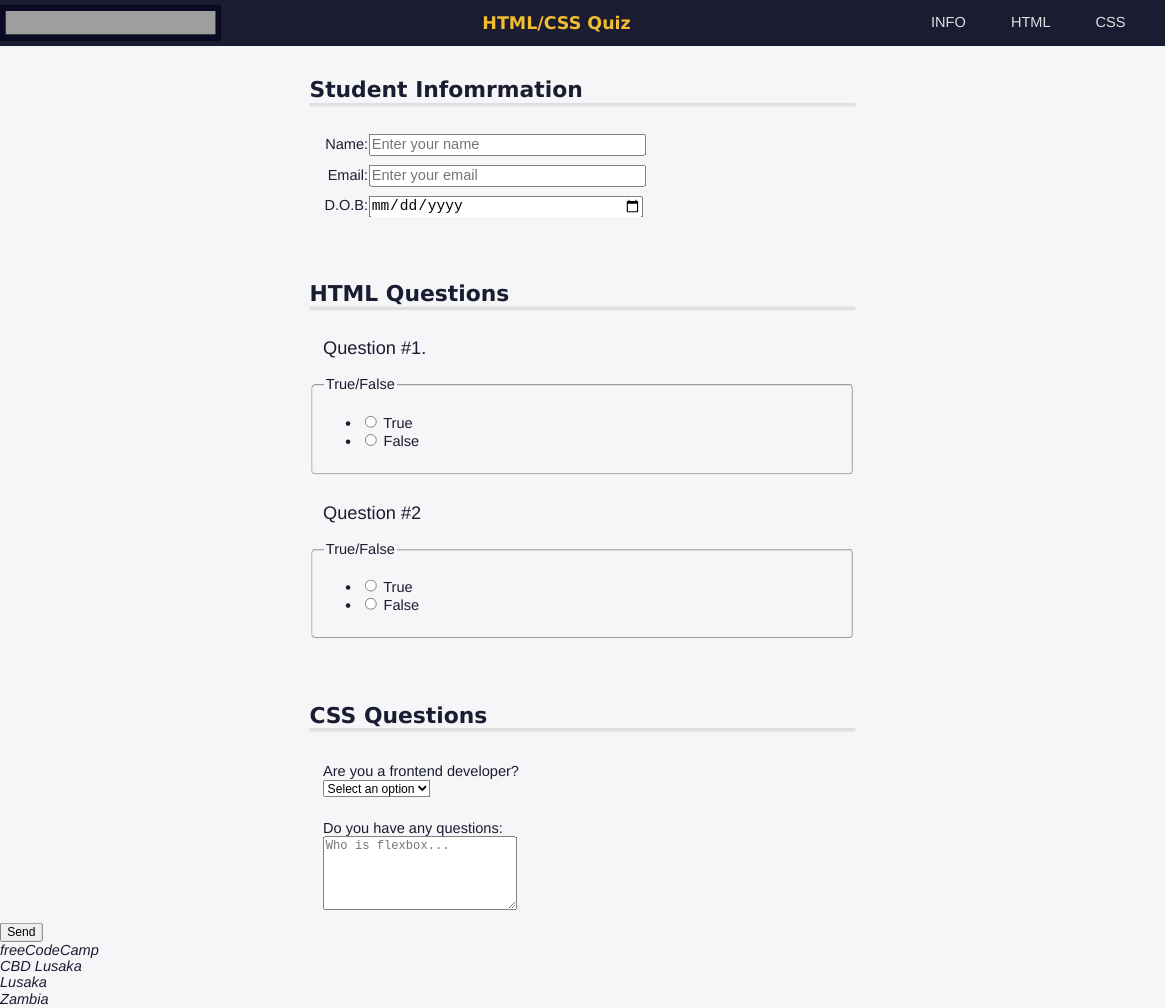
Repository: Lungdjos/accessibility_build_quiz
Page: index.html
The author's editor kept a copy of each file at every save. The page is drawn from the files as they stood at one save, then again after the next save.
The browser window is 1280 px wide. The pictures show the whole page, at 91% of full size.
Pictures or frames that could not be fetched are drawn as grey boxes.

Above is the page before, as saved 2023-10-30 09:32:11.

After the next save:
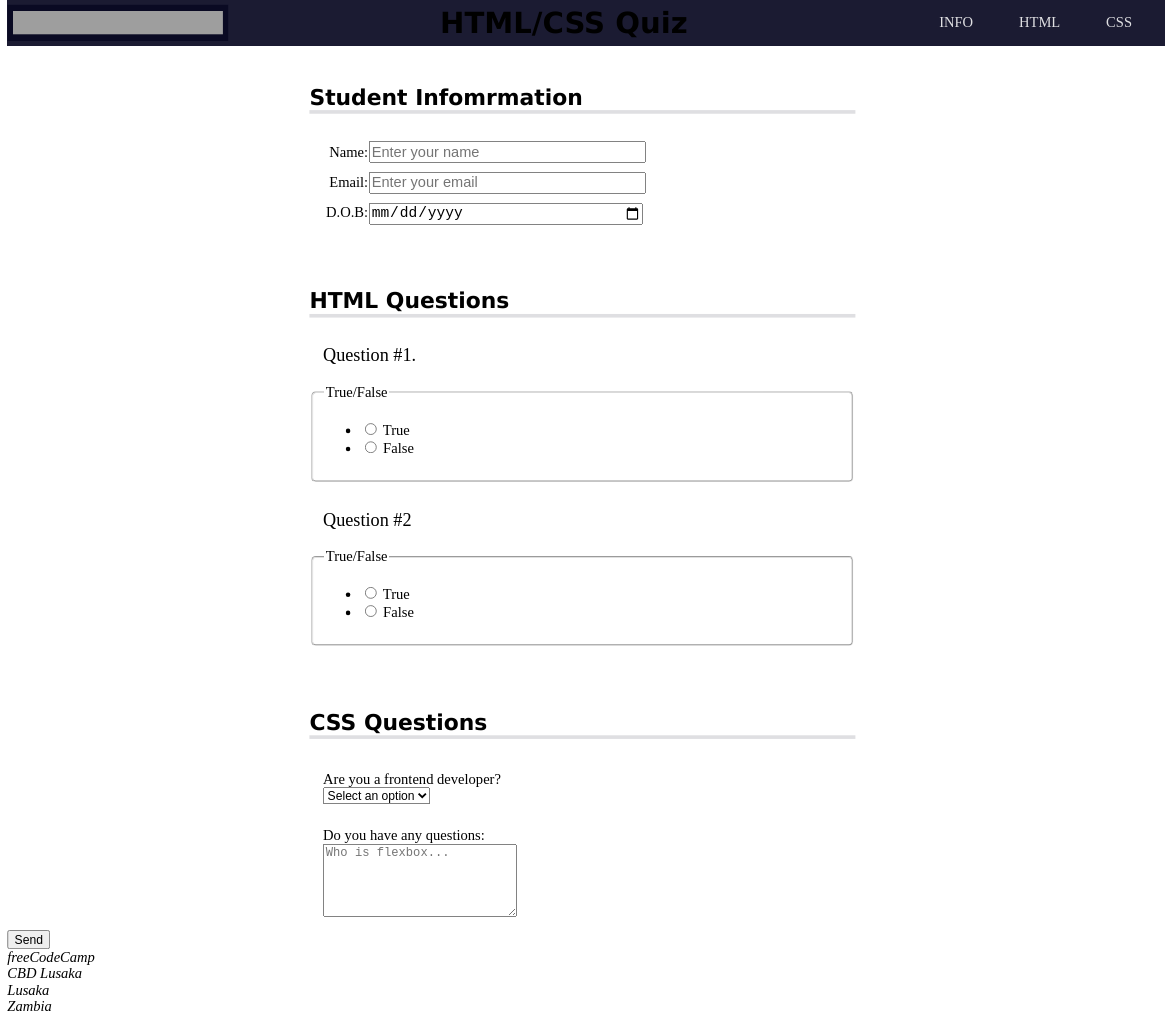
Saved 23 s later.
--- a/styles.css
+++ b/styles.css
@@ -1,31 +1,28 @@
-body {
-    background: #f5f6f7;
-    color: #1b1b32;
-    font-family: Helvetica;
-    margin: 0;
+/* body { */
+
+background: #f5f6f7;
+color: #1b1b32;
+font-family: Helvetica;
+margin: 0;
+
 }
-
 h1 {
     color: #f1be32;
     font-size: min(5vw, 1.2em);
     text-align: center;
 }
-
 main {
     padding-top: 25px;
 }
-
 h1,
 h2 {
     font-family: Verdana, Tahoma;
 }
-
 h2 {
     border-bottom: 4px solid #dfdfe2;
     margin-top: 0;
     padding-top: 60px;
 }
-
 .sr-only {
     position: absolute;
     width: 1px;
@@ -37,20 +34,16 @@
     white-space: nowrap;
     border: 0;
 }
-
 p::before {
     content: "Question #";
 }
-
 p {
     margin-top: 5px;
     padding-left: 15px;
     font-size: 20px;
 }
 
-
 /* Nav bar design */
-
 header {
     width: 100%;
     height: 50px;
@@ -61,20 +54,17 @@
     position: fixed;
     top: 0;
 }
-
 #logo {
     width: max(100px, 18vw);
     background-color: #0a0a23;
     aspect-ratio: 35 / 4;
     padding: 0.4rem;
 }
-
 nav {
     width: 50%;
     max-width: 300px;
     height: 50px;
 }
-
 nav>ul {
     display: flex;
     justify-content: space-evenly;
@@ -85,22 +75,18 @@
     height: 100%;
     flex-wrap: wrap;
 }
-
 nav li {
     color: #dfdfe2;
     margin: 0 0.2rem;
     padding: 0.2rem;
     display: block;
 }
-
 li>a {
     color: inherit;
 }
-
 nav li>a {
     text-decoration: none;
 }
-
 nav li>a:hover {
     text-decoration: none;
     background-color: #dfdfe2;
@@ -108,51 +94,40 @@
     cursor: pointer;
 }
 
-
 /* Form design */
-
 section {
     width: 80%;
     max-width: 600px;
     margin: 0 auto 10px auto;
 }
-
 fieldset {
     border-radius: 5px;
 }
-
 .info {
     padding: 10px 0 0 5px;
 }
-
 .info input {
     width: 50%;
     text-align: left;
 }
-
 .info label {
     width: 10%;
     min-width: 55px;
 }
-
 .info input,
 .info label {
     display: inline-block;
 }
-
 label {
     text-align: right;
 }
-
 .formrow {
     margin-top: 30px;
     padding: 0px 15px;
 }
-
 input {
     font-size: 16px;
 }
-
 .question-block {
     text-align: left;
     display: block;

After the save that followed:
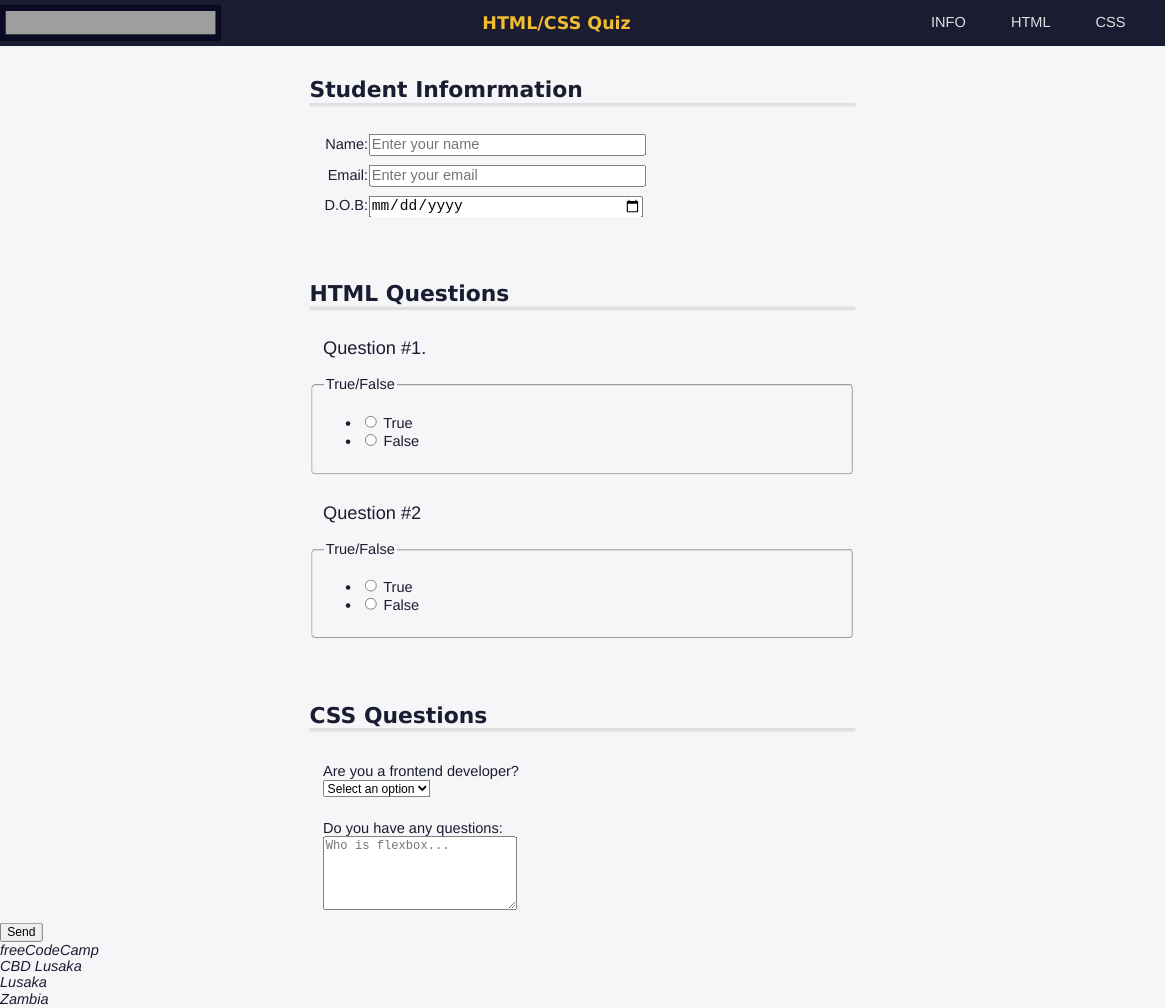
Saved 11 s later.
--- a/styles.css
+++ b/styles.css
@@ -1,28 +1,33 @@
-/* body { */
+/* */
 
-background: #f5f6f7;
-color: #1b1b32;
-font-family: Helvetica;
-margin: 0;
+body {
+    background: #f5f6f7;
+    color: #1b1b32;
+    font-family: Helvetica;
+    margin: 0;
+}
 
-}
 h1 {
     color: #f1be32;
     font-size: min(5vw, 1.2em);
     text-align: center;
 }
+
 main {
     padding-top: 25px;
 }
+
 h1,
 h2 {
     font-family: Verdana, Tahoma;
 }
+
 h2 {
     border-bottom: 4px solid #dfdfe2;
     margin-top: 0;
     padding-top: 60px;
 }
+
 .sr-only {
     position: absolute;
     width: 1px;
@@ -34,16 +39,20 @@
     white-space: nowrap;
     border: 0;
 }
+
 p::before {
     content: "Question #";
 }
+
 p {
     margin-top: 5px;
     padding-left: 15px;
     font-size: 20px;
 }
 
+
 /* Nav bar design */
+
 header {
     width: 100%;
     height: 50px;
@@ -54,17 +63,20 @@
     position: fixed;
     top: 0;
 }
+
 #logo {
     width: max(100px, 18vw);
     background-color: #0a0a23;
     aspect-ratio: 35 / 4;
     padding: 0.4rem;
 }
+
 nav {
     width: 50%;
     max-width: 300px;
     height: 50px;
 }
+
 nav>ul {
     display: flex;
     justify-content: space-evenly;
@@ -75,18 +87,22 @@
     height: 100%;
     flex-wrap: wrap;
 }
+
 nav li {
     color: #dfdfe2;
     margin: 0 0.2rem;
     padding: 0.2rem;
     display: block;
 }
+
 li>a {
     color: inherit;
 }
+
 nav li>a {
     text-decoration: none;
 }
+
 nav li>a:hover {
     text-decoration: none;
     background-color: #dfdfe2;
@@ -94,40 +110,51 @@
     cursor: pointer;
 }
 
+
 /* Form design */
+
 section {
     width: 80%;
     max-width: 600px;
     margin: 0 auto 10px auto;
 }
+
 fieldset {
     border-radius: 5px;
 }
+
 .info {
     padding: 10px 0 0 5px;
 }
+
 .info input {
     width: 50%;
     text-align: left;
 }
+
 .info label {
     width: 10%;
     min-width: 55px;
 }
+
 .info input,
 .info label {
     display: inline-block;
 }
+
 label {
     text-align: right;
 }
+
 .formrow {
     margin-top: 30px;
     padding: 0px 15px;
 }
+
 input {
     font-size: 16px;
 }
+
 .question-block {
     text-align: left;
     display: block;
